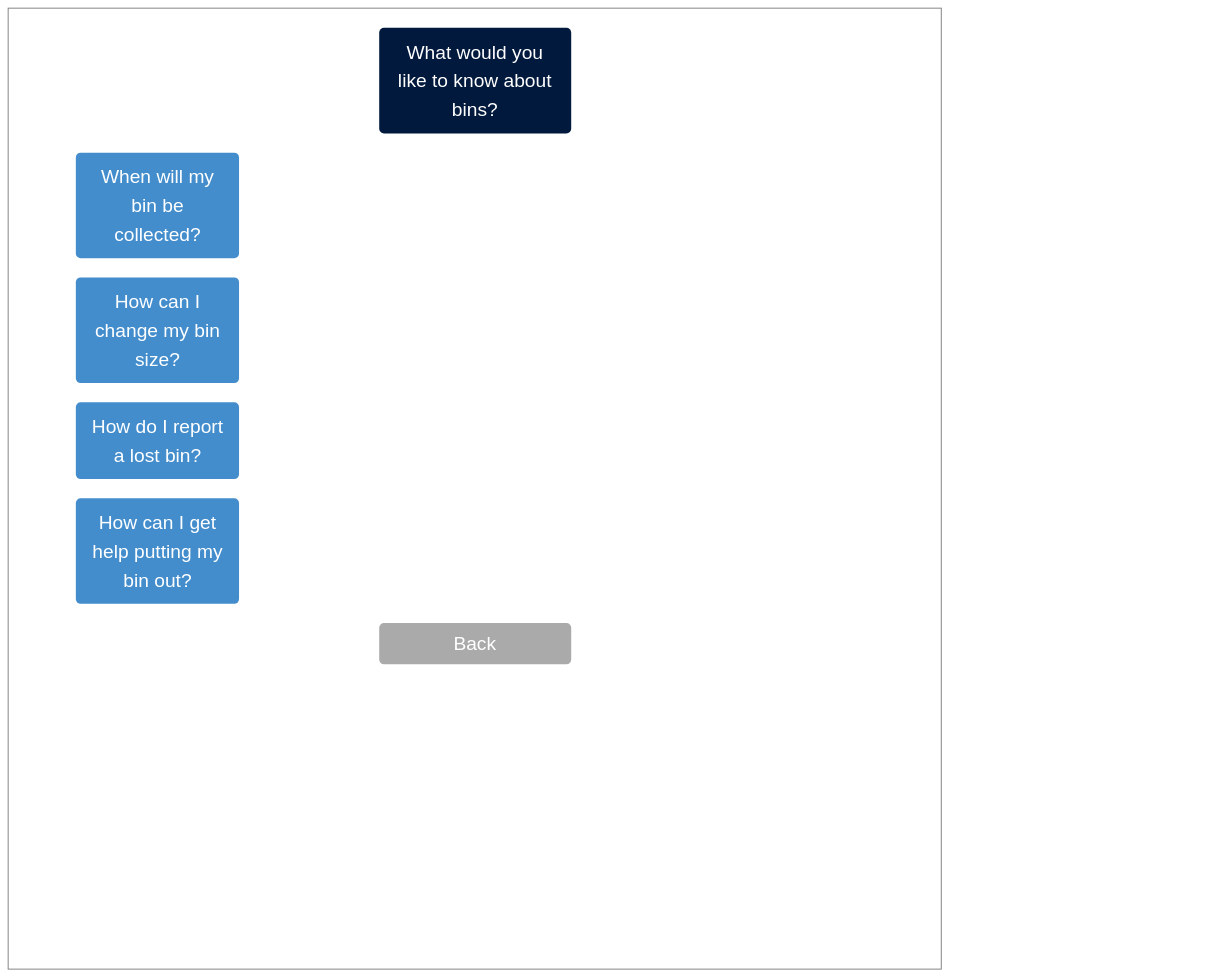
Repository: Domehead123/test
Page: index.html
The author's editor kept a record of every edit. The page is drawn from the files as they stood at one moment, then again after the next edit.
The browser window is 1280 px wide. The pictures show the whole page, at 96% of full size.
After loading, the first visible `#option1` was clicked once.

Above is the page before.

After the next edit:
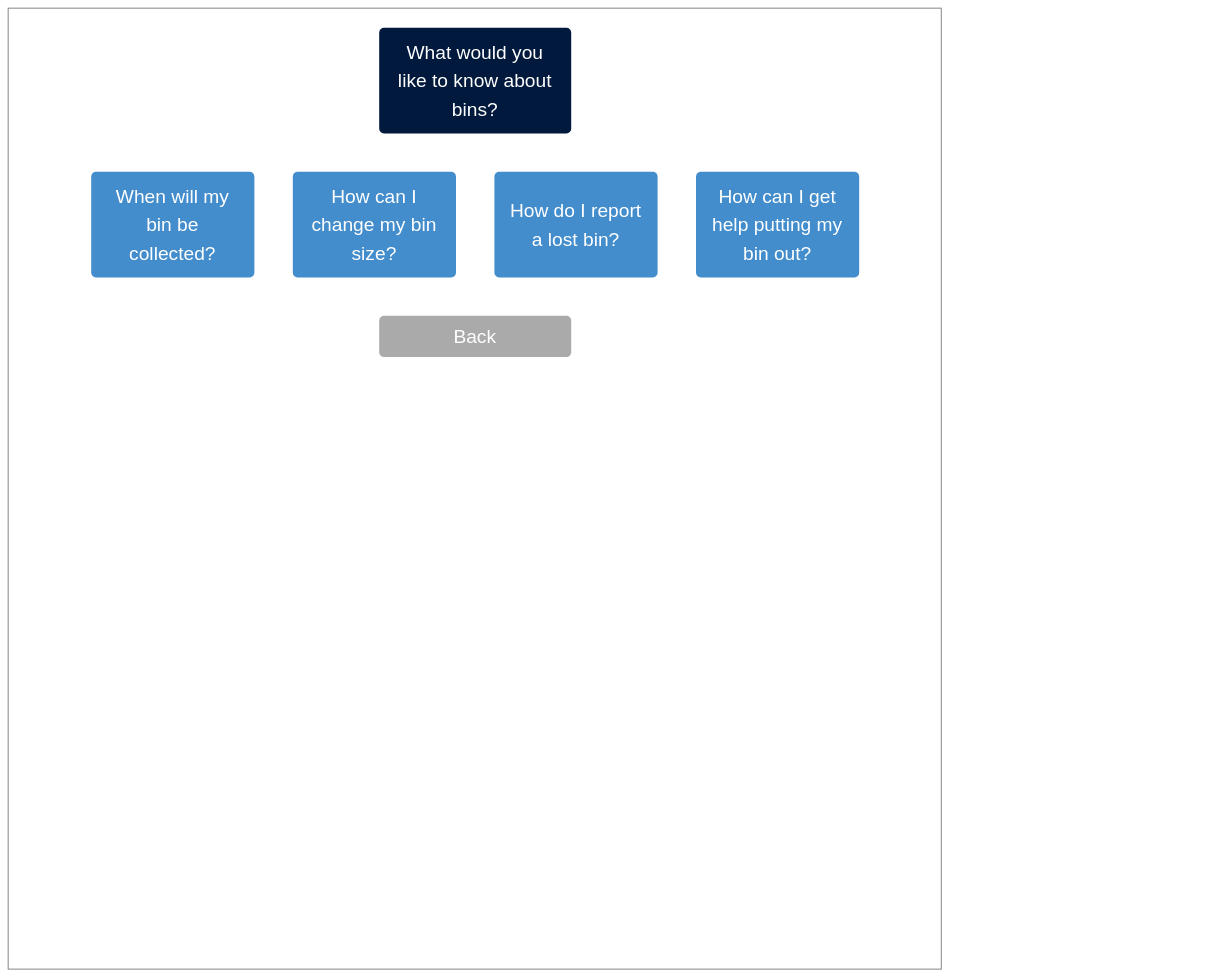
The edit:
--- a/assets/new-resident.js
+++ b/assets/new-resident.js
@@ -10,7 +10,7 @@
 
 $("#option1").click(function() {
    $("#top-box").text("What would you like to know about bins?");
-   $("#container1").show();
+   $("#container1").show().css("display", "flex");
 });
 
 $("#option2").click(function() {
